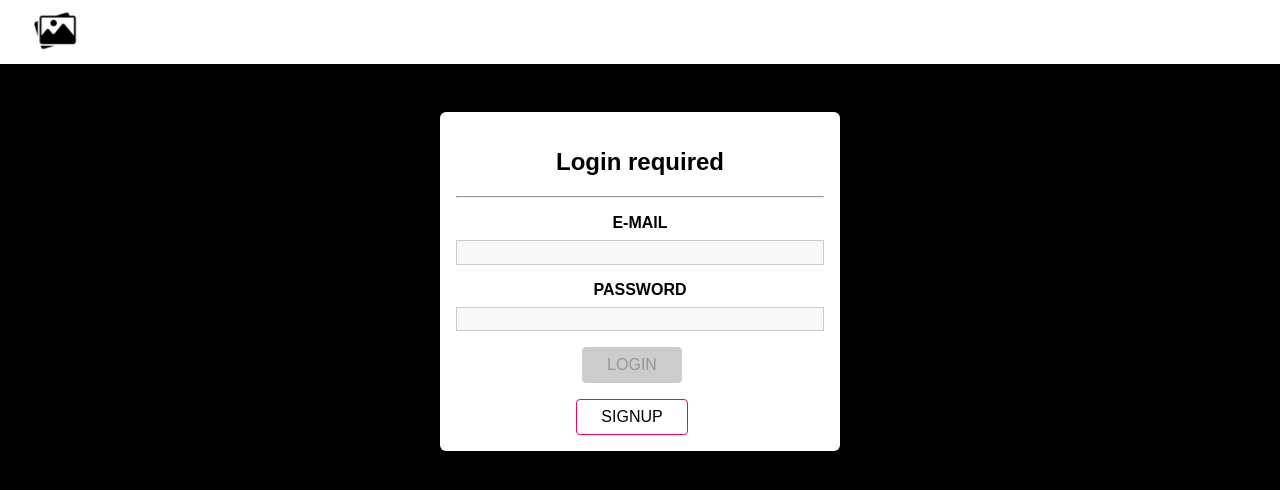
Repository: TanviSanyal/ImageEditingBootcamp
Page: /auth
These files come from the project's save history. The page is drawn as it stood at one moment and after the next save; the edit follows.
The browser window is 1280 px wide. The pictures show the whole page.
The project was rebuilt for these pictures with package versions that can differ from the ones it lists, and the page was loaded fresh each time. Also part of the build but not shown: src/App.css, src/users/student/Student_Auth.js, src/shared/Home.js, src/users/instructor/Instructor.css, src/shared/components/UIElements/Modal.css, src/shared/components/UIElements/Backdrop.css, src/shared/components/UIElements/Backdrop.js, src/shared/components/UIElements/Modal.js and 10 more.

Above is the page before, as saved 2020-09-28 03:56:36.

### public/index.html
<!DOCTYPE html>
<html lang="en">
  <head>
    <meta charset="utf-8" />
    <link rel="icon" href="%PUBLIC_URL%/favicon.ico" />
    <meta name="viewport" content="width=device-width, initial-scale=1" />
    <meta name="theme-color" content="#000000" />
    <meta
      name="description"
      content="Web site created using create-react-app"
    />
    <link rel="apple-touch-icon" href="%PUBLIC_URL%/logo192.png" />
    <link rel="manifest" href="%PUBLIC_URL%/manifest.json" />
    <title>React App</title>
  </head>
  <body>
    <noscript>You need to enable JavaScript to run this app.</noscript>
    <div id="backdrop-hook"></div>
    <div id="modal-hook"></div>
    <div id="root"></div>
  </body>
</html>

### src/index.css
@import url('https://fonts.googleapis.com/css?family=Open+Sans:400,700&display=swap');

* {
  box-sizing: border-box;
}

html {
  font-family:Arial, Helvetica, sans-serif;
	font-weight:normal;
}

body {
  margin: 0;
  background: black;
}

### src/App.js
import React, { useCallback, useState } from 'react';
import {
  BrowserRouter as Router,
  Route,
  Redirect,
  Switch
} from 'react-router-dom';
import './App.css'
import MainNavigation from '../src/shared/components/navigation/MainNavigation';
import Auth from './users/instructor/Auth';
import Student_Auth from './users/student/Student_Auth'
import Home from './shared/Home';
import Instructor from './users/instructor/Instructor';
import { InstructorAuthContext } from './shared/context/auth-context';
import Student from './users/student/Student';
import CreateTask from './users/instructor/CreateTask';

const App = () => {

  const [isLoggedIn, setIsLoggedIn] = useState(false);

  const login = useCallback(() => {
    setIsLoggedIn(true);
  }, []);

  const logout = useCallback(() => {
    setIsLoggedIn(false);
  }, []);
  console.log(isLoggedIn);

  let routes;
  //  if (isLoggedIn) {

  //   routes = (<Switch>
  //             <Route path="/addtask">
  //               <CreateTask/>
  //             </Route>

  //             <Redirect to="/" /></Switch>);

  // }
  // else {
    routes = (<Switch>
      <Route path="/" exact>
        <Home />
      </Route>
      <Route path="/auth" exact>
        <Auth />
      </Route>
      <Route path="/studentauth">
        <Student_Auth />
      </Route>
      <Route path="/instructor">
                <Instructor />
              </Route>
              <Route path="/student">
                <Student />
              </Route>
              <Route path="/addtask">
                <CreateTask/>
              </Route>
      <Redirect to="/auth" />
    </Switch>);
  // }


  return (
    <InstructorAuthContext.Provider value={{ isLoggedIn: isLoggedIn, login: login, logout: logout }} >
      <Router>
        <MainNavigation />
        <main>
          {routes}
        </main>
      </Router>
    </InstructorAuthContext.Provider>
  );
};

export default App;

### src/shared/components/navigation/MainNavigation.js
import React from 'react';
import logo from '../../../../src/images/image.jpg';
import MainHeader from './MainHeader';
import './MainNavigation.css';

const MainNavigation = props => {
  // const [drawerIsOpen, setDrawerIsOpen] = useState(false);

  // const openDrawerHandler = () => {
  //   setDrawerIsOpen(true);
  // };

  // const closeDrawerHandler = () => {
  //   setDrawerIsOpen(false);
  // };

  return (
    <React.Fragment>


      <MainHeader>

        <div >
        <a className="main-navigation__logo" href="/"><img src={logo} alt="logo"/></a>
        </div>
        {/* <div className="main-navigation__header-nav">
          <NavLinks />
        </div> */}
      </MainHeader>
    </React.Fragment>
  );
};

export default MainNavigation;

### src/users/instructor/Auth.js
import React, { useState, useContext } from 'react';
import './Auth.css';
import Card from '../../shared/components/UIElements/Card';
import Input from '../../shared/components/FormElements/Input';
import Button from '../../shared/components/FormElements/Button';
import { VALIDATOR_EMAIL, VALIDATOR_MINLENGTH, VALIDATOR_REQUIRE } from '../../shared/util/validators';
import { useForm } from '../../shared/custom_hooks/form-hook';
import { InstructorAuthContext } from '../../shared/context/auth-context'
import { Link } from 'react-router-dom';

const Auth = (props) => {

    const auth = useContext(InstructorAuthContext);

    const [isLoginMode, setIsLoginMode] = useState(true);

    const [formState, inputHandler, setFormData] = useForm({
        email: {
            value: '',
            isValid: false
        },
        password: {
            value: '',
            isValid: false
        }

    }, false);

    const authSubmitHandler = event => {
        event.preventDefault();
        // console.log(formState.inputs);
        auth.login();
        console.log(auth);
    };

    const switchModeHandler = () => {
        if (!isLoginMode) {
            setFormData({
                ...formState.inputs,
                name: undefined
            }, formState.inputs.email.isValid && formState.inputs.password.isValid);
        }
        else {
            setFormData({
                ...formState.inputs,
                name: {
                    value: '',
                    isValid: false
                }
            }, false);
        }

        setIsLoginMode(prevMode => !prevMode);
    };

    return (
        <>
        <Card className="authentication">
            <h2>Login required</h2>
            <hr />
            <form onSubmit={authSubmitHandler} action="/instructor">
                {!isLoginMode && (<Input id="name"
                    element="input"
                    type="text"
                    label="NAME"
                    validators={[VALIDATOR_REQUIRE()]}
                    errorText="Please enter a name."
                    onInput={inputHandler}
                />)}
                <Input id="email"
                    element="input"
                    type="email"
                    label="E-MAIL"
                    validators={[VALIDATOR_EMAIL()]}
                    errorText="Please enter a valid email address"
                    onInput={inputHandler}
                />
                <Input id="password"
                    element="input"
                    type="password"
                    label="PASSWORD"
                    validators={[VALIDATOR_MINLENGTH(5)]}
                    errorText="Please enter a valid password. Atleast 5 charecters"
                    onInput={inputHandler}
                />
                {/* <Link to="/instructor"><Button type="submit" disabled={!formState.isValid} >
                    {isLoginMode? 'LOGIN' : 'SIGNUP'}
                    </Button></Link> */}
                    <Link to="/instructor"><Button type="submit" disabled={!formState.isValid} >
                    {isLoginMode? 'LOGIN' : 'SIGNUP'}
                </Button></Link>
            </form>
            <Button inverse onClick={switchModeHandler}>{isLoginMode ? 'SIGNUP' : 'LOGIN'}</Button>
        </Card>
        </>
    );
};

export default Auth;

### src/shared/context/auth-context.js
import {createContext} from 'react';

export const InstructorAuthContext=  createContext({
    isLoggedIn : false,
    login: () => {},
    logout: () => {}
});

### src/shared/components/navigation/MainHeader.js
import React from 'react';

import './MainHeader.css';

const MainHeader = props => {
  return <header className="main-header">{props.children}</header>;
};

export default MainHeader;

### src/shared/components/navigation/MainNavigation.css

  .main-navigation__header-nav {
    display: block;
  }
  .main-navigation__logo{
    margin-left: 2rem;
  }
  img{
    height:20%;
    width: 20%;
  }

### src/users/instructor/Auth.css
.authentication__header {
    color: white;
    text-align: center;
  }

  .authentication {
    width: 90%;
    max-width: 25rem;
    margin: 7rem auto;
    text-align: center;
  }

  .authentication form {
    margin-bottom: 1rem;
  }
  /* #login_signup{
    background:black;
    font-family: inherit;
    border:none ;
    height: 42px;
    width: 30%;
    color: white;
    font-size: 16px;
    font-weight: bold;
  } */
  .login_signup {
    font: inherit;
    padding: 0.5rem 1.5rem;
    border: 1px solid #ff0055;
    border-radius: 4px;
    background: #ff0055;
    color: white;
    cursor: pointer;
    margin-right: 1rem;
    text-decoration: none;
    display: inline-block;
  }

  .login_signup:focus {
    outline: none;
  }

  .login_signup:hover,
  .login_signup:active {
    background: #ff4382;
    border-color: #ff4382;
  }

  .login_signup--inverse {
    background: transparent;
    color: #ff0055;
  }

  .login_signup--inverse:hover,
  .login_signup--inverse:active {
    color: white;
    background: #ff0055;
  }

  .login_signup--danger {
    background: #830000;
    border-color: #830000;
  }

  .login_signup--danger:hover,
  .login_signup--danger:active {
    background: #f34343;
    border-color: #f34343;
  }

  .login_signup:disabled,
  .login_signup:hover:disabled,
  .login_signup:active:disabled {
    background: #ccc;
    color: #979797;
    border-color: #ccc;
    cursor: not-allowed;
  }

  .login_signup--small {
    font-size: 0.8rem;
  }

  .button--big {
    font-size: 1.5rem;
  }

### src/shared/components/FormElements/Input.js
import React,{useReducer,useEffect} from 'react';
import './Input.css';
import {validate} from '../../util/validators';

const inputReducer = (state,action) =>{
    switch (action.type) {
        case 'CHANGE':
            return {
                ...state,
                value:action.val,
                isValid:validate(action.val,action.validators)
            };
        case 'TOUCH':
            return{
                ...state,
                isTouched:true
            };
        default:
            return state;
    }
};


const Input = props => {

    const [inputState,dispatch] = useReducer(inputReducer,{value:props.initialValue || '', isValid:props.initialValid ||false ,isTouched:false});

    const touchHandler = () => {
        dispatch({
            type:'TOUCH'
        });
    };

    const {id,onInput}=props;
    const {value,isValid}=inputState;

    useEffect(() => {
        onInput(id,value,isValid)
    },[id,value,isValid,inputState]);

    const changeHandler = event => {
        dispatch({type:'CHANGE', val:event.target.value, validators: props.validators});
    };

    const element = props.element==='input' ? (<input id={props.id}
                                                      type={props.type}
                                                      placeholder={props.placeholder}
                                                      onChange={changeHandler}
                                                      onBlur={touchHandler}
                                                      value={inputState.value}
                                                      />)
    : (<textarea id={props.id}
                 rows={props.rows || 3}
                 onChange={changeHandler}
                 onBlur={touchHandler}
                 value={inputState.value}/>);
    return (
        <div className={`form-control ${!inputState.isValid && inputState.isTouched && 'form-control--invalid'}`}>
            <label htmlFor={props.id}>{props.label}</label>
            {element}
            {!inputState.isValid && inputState.isTouched && <p>{props.errorText}</p>}
        </div>
    );
};

export default Input;

### src/shared/components/FormElements/Button.js
import React from 'react';
import { Link } from 'react-router-dom';

import './Button.css';

const Button = props => {
  if (props.href) {
    return (
      <a
        className={`button button--${props.size || 'default'} ${props.inverse &&
          'button--inverse'} ${props.danger && 'button--danger'}`}
        href={props.href}
        disabled={props.disabled}
      >
        {props.children}
      </a>
    );
  }
  if (props.to) {
    return (
      <Link
        to={props.to}
        exact={props.exact}
        className={`button button--${props.size || 'default'} ${props.inverse &&
          'button--inverse'} ${props.danger && 'button--danger'}`}
          disabled={props.disabled}
      >
        {props.children}
      </Link>
    );
  }
  return (
    <button
      className={`button button--${props.size || 'default'} ${props.inverse &&
        'button--inverse'} ${props.danger && 'button--danger'}`}
      type={props.type}
      onClick={props.onClick}
      disabled={props.disabled}
    >
      {props.children}
    </button>
  );
};

export default Button;

### src/shared/util/validators.js
const VALIDATOR_TYPE_REQUIRE = 'REQUIRE';
const VALIDATOR_TYPE_MINLENGTH = 'MINLENGTH';
const VALIDATOR_TYPE_MAXLENGTH = 'MAXLENGTH';
const VALIDATOR_TYPE_MIN = 'MIN';
const VALIDATOR_TYPE_MAX = 'MAX';
const VALIDATOR_TYPE_EMAIL = 'EMAIL';
const VALIDATOR_TYPE_FILE = 'FILE';

export const VALIDATOR_REQUIRE = () => ({ type: VALIDATOR_TYPE_REQUIRE });
export const VALIDATOR_FILE = () => ({ type: VALIDATOR_TYPE_FILE });
export const VALIDATOR_MINLENGTH = val => ({
  type: VALIDATOR_TYPE_MINLENGTH,
  val: val
});
export const VALIDATOR_MAXLENGTH = val => ({
  type: VALIDATOR_TYPE_MAXLENGTH,
  val: val
});
export const VALIDATOR_MIN = val => ({ type: VALIDATOR_TYPE_MIN, val: val });
export const VALIDATOR_MAX = val => ({ type: VALIDATOR_TYPE_MAX, val: val });
export const VALIDATOR_EMAIL = () => ({ type: VALIDATOR_TYPE_EMAIL });

export const validate = (value, validators) => {
  let isValid = true;
  for (const validator of validators) {
    if (validator.type === VALIDATOR_TYPE_REQUIRE) {
      isValid = isValid && value.trim().length > 0;
    }
    if (validator.type === VALIDATOR_TYPE_MINLENGTH) {
      isValid = isValid && value.trim().length >= validator.val;
    }
    if (validator.type === VALIDATOR_TYPE_MAXLENGTH) {
      isValid = isValid && value.trim().length <= validator.val;
    }
    if (validator.type === VALIDATOR_TYPE_MIN) {
      isValid = isValid && +value >= validator.val;
    }
    if (validator.type === VALIDATOR_TYPE_MAX) {
      isValid = isValid && +value <= validator.val;
    }
    if (validator.type === VALIDATOR_TYPE_EMAIL) {
      isValid = isValid && /^\S+@\S+\.\S+$/.test(value);
    }
  }
  return isValid;
};

### src/shared/custom_hooks/form-hook.js
import { useCallback, useReducer } from 'react';

const formReducer = (state, action) => {
  switch (action.type) {
    case 'INPUT_CHANGE':
      let formIsValid = true;
      for (const inputId in state.inputs) {
        if(!state.inputs[inputId])
        {
          continue;
        }
        if (inputId === action.inputId) {
          formIsValid = formIsValid && action.isValid;
        } else {
          formIsValid = formIsValid && state.inputs[inputId].isValid;
        }
      }
      return {
        ...state,
        inputs: {
          ...state.inputs,
          [action.inputId]: { value: action.value, isValid: action.isValid }
        },
        isValid: formIsValid
      };
    case 'SET_DATA':
      return {
        inputs: action.inputs,
        isValid: action.formIsValid
      };
    default:
      return state;
  }
};

export const useForm = (initialInputs, initialFormValidity) => {
  const [formState, dispatch] = useReducer(formReducer, {
    inputs: initialInputs,
    isValid: initialFormValidity
  });

  const inputHandler = useCallback((id, value, isValid) => {
    dispatch({
      type: 'INPUT_CHANGE',
      value: value,
      isValid: isValid,
      inputId: id
    });
  }, []);

  const setFormData = useCallback((inputData, formValidity) => {
    dispatch({
      type: 'SET_DATA',
      inputs: inputData,
      formIsValid: formValidity
    });
  }, []);

  return [formState, inputHandler, setFormData];
};

### src/users/student/Student_Auth.css
.authentication__header {
    color: white;
    text-align: center;
  }

  .authentication {
    width: 90%;
    max-width: 25rem;
    margin: 7rem auto;
    text-align: center;
  }

  .authentication form {
    margin-bottom: 1rem;
  }
  .experience{
    display: block;
    font-size:inherit;
    font-family: inherit;
  }
  .level{
    display: block;
  }

### src/shared/Home.css
.main-body{
    text-align: center;
    padding-top: 10vh;
    padding-left: 3%;
    padding-right: 3%;
  }

  .text1{
    color:rgb(200,200,200);
    font-size: 170%;
    letter-spacing: 3PX;
    font-weight: 700;
    animation: text 3s 1;
  }
  .text2{
    color: rgb(200,200,200);
    font-size: 170%;
    letter-spacing: 4PX;
    line-height: 37PX;
    font-weight: 700;
    padding-bottom: 68px;
  }
  #instructor{
    display: block;
    margin-bottom: 20px;
    width:56%;
    height: 6vh;
    margin-left: 21%;
    background-color:white;
    border: none;
    font-weight: bold;
    font-family: inherit;
    font-size: 100%;
    border-radius: 2%;
  }
  #student{
    display: block;
    margin-bottom: 20px;
    width:56%;
    height: 6vh;
    margin-left: 21%;
    background-color:white;
    border: none;
    font-weight: bold;
    font-family: inherit;
    font-size: 100%;
    border-radius: 2%;
  }
  #instructor:hover{
    background-color:black;
    color: white;
  }
  #student:hover{
    background-color:black;
    color: white;
  }
  form{
    border: none;
  }

  @keyframes text{
    0%{
      color: black;
      margin-bottom: -40px;
    }
    30%{
      letter-spacing: 20px;
    }

  }

### src/shared/components/navigation/MainHeader.css
.main-header {
    width: 100%;
    height: 4rem;
    display: flex;
    align-items: center;
    position: fixed;
    top: 0;
    left: 0;
    background: white;
    justify-content: space-between;

  }
  main {
    margin-top: 5rem;
  }

### src/shared/components/UIElements/Card.css
.card {
    margin: 0;
    box-shadow: 0 2px 8px rgba(0, 0, 0, 0.26);
    border-radius: 6px;
    padding: 1rem;
    overflow: hidden;
    background: white;
  }

### src/shared/components/FormElements/Input.css
.form-control {
    margin: 1rem 0;
  }

  .form-control label,
  .form-control input,
  .form-control textarea {
    display: block;
  }

  .form-control label {
    font-weight: bold;
    margin-bottom: 0.5rem;
  }

  .form-control input,
  .form-control textarea {
    width: 100%;
    font: inherit;
    border: 1px solid #ccc;
    background: #f8f8f8;
    padding: 0.15rem 0.25rem;
  }

  .form-control input:focus,
  .form-control textarea:focus {
    outline: none;
    background: #ebebeb;
    border-color: #510077;
  }

  .form-control--invalid label,
  .form-control--invalid p {
    color: red;
  }

  .form-control--invalid input,
  .form-control--invalid textarea {
    border-color: red;
    background: #ffd1d1;
  }

### src/shared/components/FormElements/Button.css
.button {
    font: inherit;
    padding: 0.5rem 1.5rem;
    border: 1px solid #ff0055;
    border-radius: 4px;
    background: #ff0055;
    color: white;
    cursor: pointer;
    margin-right: 1rem;
    text-decoration: none;
    display: inline-block;
  }

  .button:focus {
    outline: none;
  }

  .button:hover,
  .button:active {
    background:#ff0055;
    border-color:black;
    color: black;
  }

  .button--inverse {
    background: transparent;
    color: black;
  }

  .button--inverse:hover,
  .button--inverse:active {
    color: white;
    background: black;
  }

  .button--danger {
    background:red;
    border-color: #830000;
  }

  .button--danger:hover,
  .button--danger:active {
    background: #f34343;
    border-color: #f34343;
  }

  .button:disabled,
  .button:hover:disabled,
  .button:active:disabled {
    background: #ccc;
    color: #979797;
    border-color: #ccc;
    cursor: not-allowed;
  }

  .button--small {
    font-size: 0.8rem;
  }

  .button--big {
    font-size: 1.5rem;
  }

Loaded but not shown: src/index.js (common file); src/shared/components/UIElements/Card.js (common file)

After the next save:
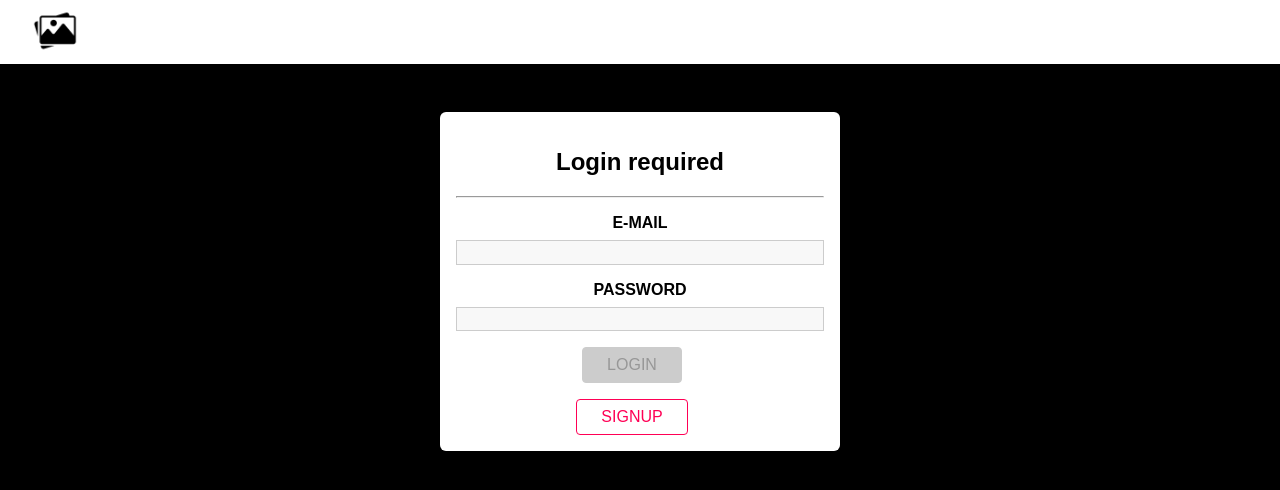
Saved 2 min 8 s later.
--- a/src/shared/components/FormElements/Button.css
+++ b/src/shared/components/FormElements/Button.css
@@ -24,13 +24,14 @@
 
   .button--inverse {
     background: transparent;
-    color: black;
+    color:#ff0055 ;
   }
 
   .button--inverse:hover,
   .button--inverse:active {
-    color: white;
-    background: black;
+    color: black;
+    background: #ff0055;
+    border-color: black;
   }
 
   .button--danger {
